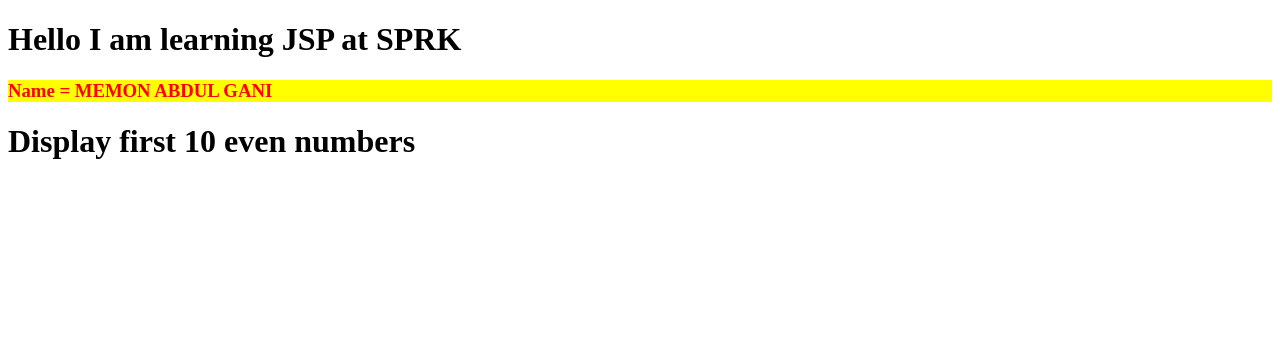
Repository: Gani25/adv_java_b2
Page: http://localhost/jsp_demo/demo.jsp
An editor plug-in stored every save of this project. The page is shown before and after the next save, followed by the edit.
The browser window is 1280 px wide. The pictures show the whole page.
The page is served by Tomcat 9.

Above is the page before, as saved 2025-08-21 11:10:20.

After the next save:
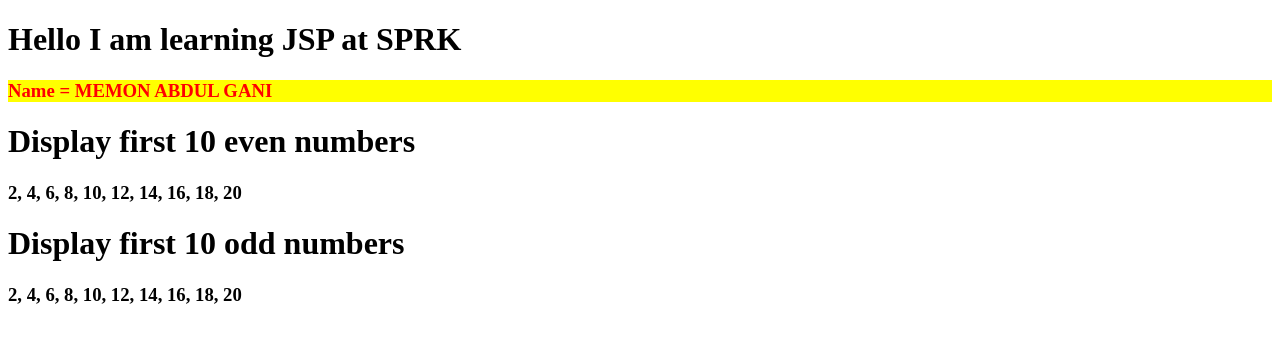
Saved 2 min 39 s later.
--- a/jsp_demo/src/main/webapp/demo.jsp
+++ b/jsp_demo/src/main/webapp/demo.jsp
@@ -21,6 +21,11 @@
 
 	<h1>Display first 10 even numbers</h1>
 	<%
+		out.print("<h3>"+displayEvenOrOdd(10, "EVEN")+"<h3>");
+	%>
+	<h1>Display first 10 odd numbers</h1>
+	<%
+		out.print("<h3>"+displayEvenOrOdd(10, "EVEN")+"<h3>");
 
 	%>
 
@@ -35,8 +40,17 @@
 				} else {
 					msg = i + ", ";
 				}
-				sb.append(i);
-				sb.append(" ");
+				sb.append(msg);
+			}
+		}else{
+			for (int i = 1; i <= number * 2; i += 2) {
+				String msg;
+				if (i == number * 2-1) {
+					msg = i +"";
+				} else {
+					msg = i + ", ";
+				}
+				sb.append(msg);
 			}
 		}
 
